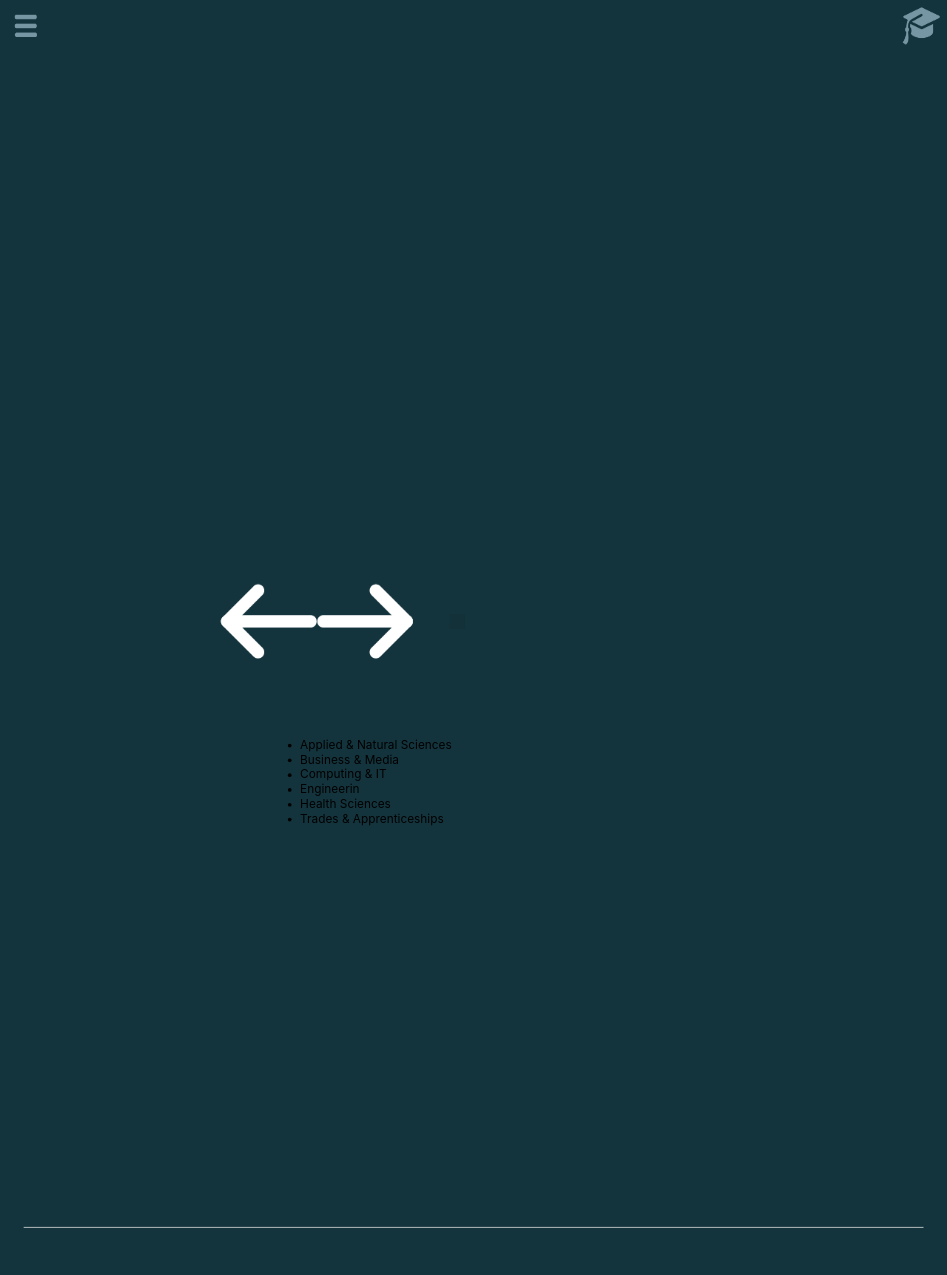
Repository: shaelorch/assignment-1-playwright-site-a01259464
Page: /about
The author's editor kept a copy of each file at every save. The page is drawn from the files as they stood at one save, then again after the next save.
The browser window is 1280 px wide. The pictures show the whole page, at 74% of full size.
The project was rebuilt for these pictures with package versions that can differ from the ones it lists, and the page was loaded fresh each time. The framework's server and built-in components were replaced by stand-ins that run in the browser. Also part of the build but not shown: next.config.js.

Above is the page before, as saved 2023-01-28 12:42:28.

### pages/_app.js
import '../styles/globals.css'
import '../styles/variables.css'

function MyApp({ Component, pageProps }) {
  return <Component {...pageProps} />
}

export default MyApp

### pages/about.js
import Head from 'next/head'
import Image from 'next/image'
import styles from '../styles/Home.module.css'
import Menu from '../components/menu'


export default function About() {
  return (
    <><Menu /><div className={styles.container}>
      <Head>
        <title>About Us</title>
        <meta name="author" content="MDIA 2109" />
        <meta property='og:title' content="Assignment #1 - About Us Page" />
        <meta property='og:description' content="BCIT Digital Design and Development Diploma" />
        <link rel="icon" href="/favicon.png" />


      </Head>

      <main className={styles.main}>

        <div>
          <h1></h1>
        </div>

        <div>
          <h1></h1>
        </div>

        <div>
          <p></p>
        </div>
        <div>
          <p></p>
        </div>
        <div>
          <p></p>
        </div>
        <div>
          <p></p>
        </div>
        <div>
          <p></p>
        </div>
        <div>
          <p></p>
        </div>
        <div>
          <p></p>
        </div>

        <div><h2></h2></div>
        <div><h2></h2></div>

        <div><h3></h3></div>

        <div id={styles.carouselImage}>
          <img src='/icons/leftArrow.png' />
          <img src='/icons/rightArrow.png' />

          <div id={styles.testOnImageHere}>

          </div>

        </div>





        <ul>
          <li>Applied & Natural Sciences</li>
          <li>Business & Media</li>
          <li>Computing & IT</li>
          <li>Engineerin</li>
          <li>Health Sciences</li>
          <li>Trades & Apprenticeships</li>
        </ul>

        <a>
          <span>
            <img />
          </span>
        </a>

        <a>
          <span>
            <img />
          </span>
        </a>




      </main>

      <footer className={styles.footer}>

      </footer>
    </div></>
  )
}

### styles/globals.css
::-webkit-scrollbar-track {
  background-color: var(--ternary-color);
}

::-webkit-scrollbar-thumb {
  background-color: var(--primary-color);
}

::-webkit-scrollbar-thumb:hover {
  background-color: var(--quaternary-color);
}

html,
body {
  padding: 0;
  margin: 0;
  font-family: -apple-system, BlinkMacSystemFont, Segoe UI, Roboto, Oxygen,
    Ubuntu, Cantarell, Fira Sans, Droid Sans, Helvetica Neue, sans-serif;
}

a {
  color: inherit;
  text-decoration: none;
}

* {
  box-sizing: border-box;
}

@media (prefers-color-scheme: dark) {
  html {
    color-scheme: dark;
  }
  body {
    color: white;
    background: ;
  }
}

@media only screen and (min-width: 1000px) {
  /* For Desktop */

}

@media only screen and (min-width:600px) {
  /* For Tablet */

}

@media only screen and (max-width: 600px) {
  /* For Mobile */

}

### styles/variables.css
:root {
    --primary-color: #fff;
    --secondary-color: #F4D6B9;
    --ternary-color: #7796A4;
    --quaternary-color: #14343D;
    --quinary-color: rgba(16, 46, 53, 0.5);
}

### styles/Home.module.css


.container {
  padding: 0 2rem;
  background-color: var(--quaternary-color);

}

.solid {
  border-top: 4px solid var(--secondary-color);
  border-bottom: 0px;
  width:75%;
  margin-left:0;
  border-radius: 3px;;

}

.homeContainer {
  padding: 0 2rem;
  background-image: url('/background-images/backgroundMountain.jpg');
  background-repeat: no-repeat;
  background-size: cover;

}

.main {
  min-height: 100vh;
  padding: 40% 0;
  margin-left: 25%;
  margin-right: 50%;
  flex: 1;
  display: flex;
  flex-direction: column;
  justify-content: left;
  align-items: center;
  background-color: transparent;


}


#carouselImage {
  height: 200px;
  background-repeat: no-repeat;
  background-size: cover;
  display:flex;
  justify-content: center;
  align-items: center;
  margin: 40px 0px;

}

#testOnImageHere {
  background-color: rgba(16, 46, 53, 0.5);
  padding: 10px;
  margin: 0px 50px;

}

.footer {
  display: flex;
  flex: 1;
  padding: 2rem 0;
  border-top: 1px solid #eaeaea;
  justify-content: center;
  align-items: center;
  background-color: transparent;
}

.footer a {
  display: flex;
  justify-content: center;
  align-items: center;
  flex-grow: 1;
}

.title a {
  color: #0070f3;
  text-decoration: none;
}

.title a:hover,
.title a:focus,
.title a:active {
  text-decoration: underline;
}

.title {
  margin: 0;
  line-height: 1.15;
  font-size: 4rem;
}

.title,
.description {
  text-align: center;
}

.description {
  margin: 4rem 0;
  line-height: 1.5;
  font-size: 1.5rem;
}

.code {
  background: #fafafa;
  border-radius: 5px;
  padding: 0.75rem;
  font-size: 1.1rem;
  font-family: Menlo, Monaco, Lucida Console, Liberation Mono, DejaVu Sans Mono,
    Bitstream Vera Sans Mono, Courier New, monospace;
}

.grid {
  display: flex;
  align-items: center;
  justify-content: center;
  flex-wrap: wrap;
  max-width: 800px;
}

.card {
  margin: 1rem;
  padding: 1.5rem;
  text-align: left;
  color: inherit;
  text-decoration: none;
  border: 1px solid #eaeaea;
  border-radius: 10px;
  transition: color 0.15s ease, border-color 0.15s ease;
  max-width: 300px;
}

.card:hover,
.card:focus,
.card:active {
  color: #0070f3;
  border-color: #0070f3;
}

.card h2 {
  margin: 0 0 1rem 0;
  font-size: 1.5rem;
}

.card p {
  margin: 0;
  font-size: 1.25rem;
  line-height: 1.5;
}

.logo {
  height: 1em;
  margin-left: 0.5rem;
}

@media (max-width: 600px) {
  .grid {
    width: 100%;
    flex-direction: column;
  }
}

@media (prefers-color-scheme: dark) {
  .card,
  .footer {
    border-color: #222;
  }
  .code {
    background: #111;
  }
  .logo img {
    filter: invert(1);
  }
}

### components/menu.js
import styles from '../styles/Home.module.css'
import Link from 'next/link'
import { useState } from 'react'



export default function Menu() {

    const [showMenu, setShowMenu] = useState(false);


    const handleClickMenu = () => {
        setShowMenu(current => !current);
    }


    return <><div style={{ display: 'flex', width: '100%', justifyContent:'space-between', position:'fixed' }}>
        <img src="/icons/menu-icon.png" onClick={handleClickMenu} style={{ display:'flex', height: 30, width: 30, top: 0, left: 0, margin: 20 }} />
        <img src="/icons/graduation-hat.png" style={{ height: 50, width: 50, margin:10 }} />
    </div>
    <div style={{ display: showMenu ? 'flex' : 'none', position:'fixed', top:50, left:20}}>
            <img src='/background-images/menuBackground.png' style={{height:250, width:250, position:'absolute', top:-50, left:-20}}/>

            <h1 onClick={handleClickMenu} style={{zIndex:2}}>X</h1>
            <ul style={{ display: 'flex', flexDirection: 'column', zIndex:1}}>
                <a href='/'>Home</a>
                <a href='/about'>About</a>
                <a href='/contact'>Contact</a>
            </ul>



        </div></>







}

After the next save:
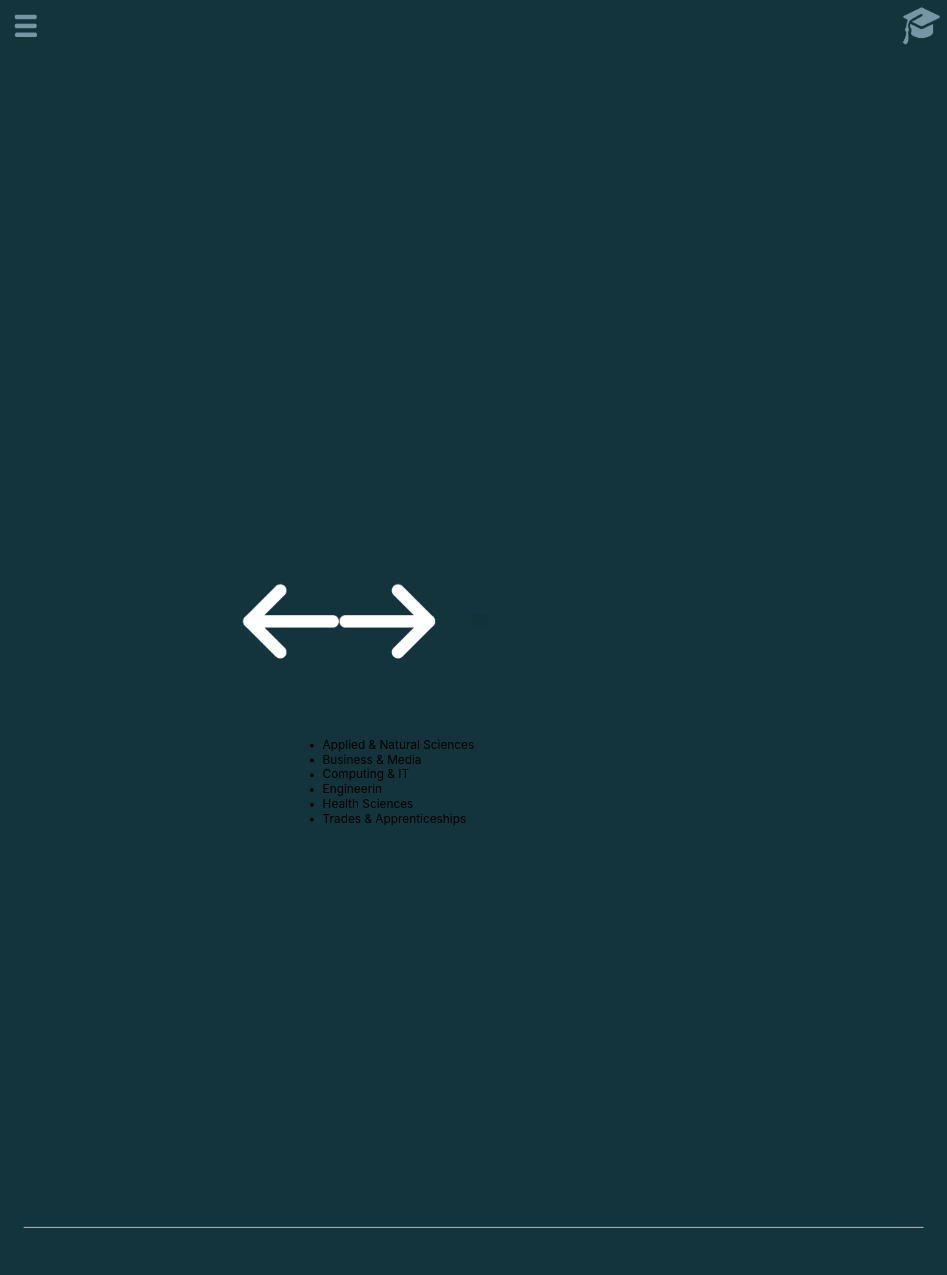
Saved 9 s later.
--- a/styles/Home.module.css
+++ b/styles/Home.module.css
@@ -27,7 +27,7 @@
   min-height: 100vh;
   padding: 40% 0;
   margin-left: 25%;
-  margin-right: 50%;
+  margin-right: 45%;
   flex: 1;
   display: flex;
   flex-direction: column;
